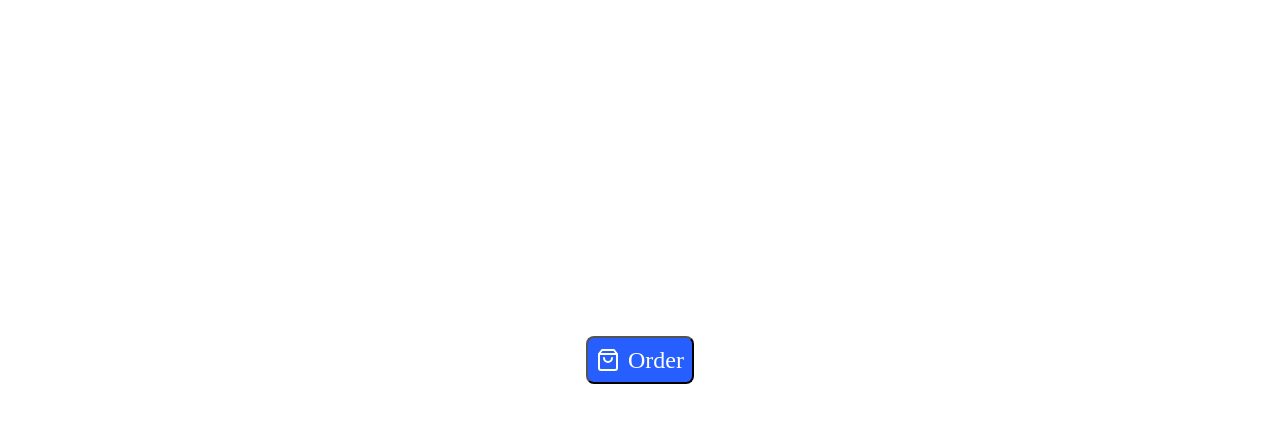
Repository: hjubsoni/hex-ocean-task
Page: /
The author's editor kept a copy of each file at every save. The page is drawn from the files as they stood at one save, then again after the next save.
The browser window is 1280 px wide. The pictures show the whole page.
The project was rebuilt for these pictures with package versions that can differ from the ones it lists, and the page was loaded fresh each time. Also part of the build but not shown: vite.config.ts.

Above is the page before, as saved 2023-03-20 21:26:48.

After the next save:
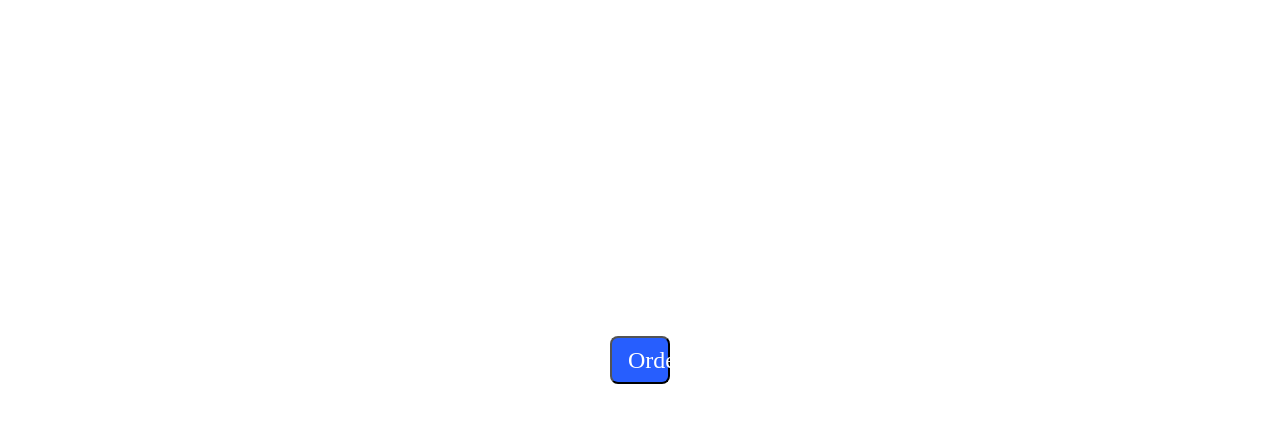
Saved 22 s later.
--- a/src/App.css
+++ b/src/App.css
@@ -7,6 +7,7 @@
 
 .order-button {
   display: flex;
+  width: 60px;
   align-items: center;
   padding: 4px 8px;
   gap: 8px;
